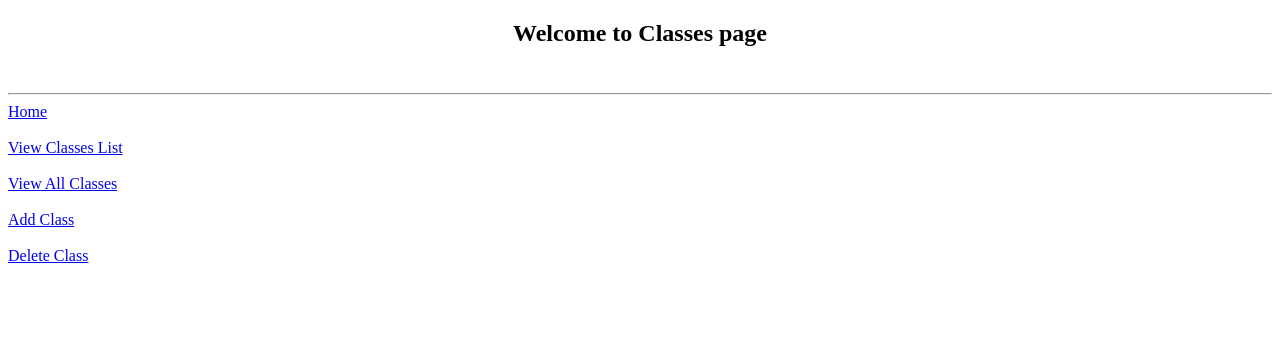
Repository: mdzeyan/JavaFSD-phase2-project
Page: Learners_Academy/src/main/webapp/Classes.html
An editor plug-in stored every save of this project. The page is shown before and after the next save, followed by the edit.
The browser window is 1280 px wide. The pictures show the whole page.

Above is the page before, as saved 2022-03-31 08:43:39.

After the next save:
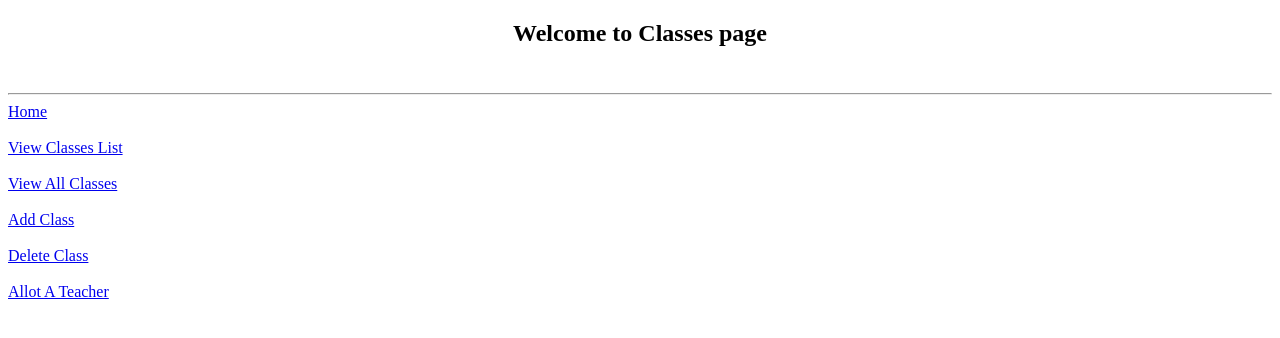
Saved 3 min 44 s later.
--- a/Learners_Academy/src/main/webapp/Classes.html
+++ b/Learners_Academy/src/main/webapp/Classes.html
@@ -19,6 +19,8 @@
 	<a href="AddClass.html">Add Class</a>
 	<br><br>
 	<a href="DeleteClass.html">Delete Class</a>
+	<br><br>
+	<a href="DeleteClass.html">Allot A Teacher   </a>
 
 </body>
 </html>
